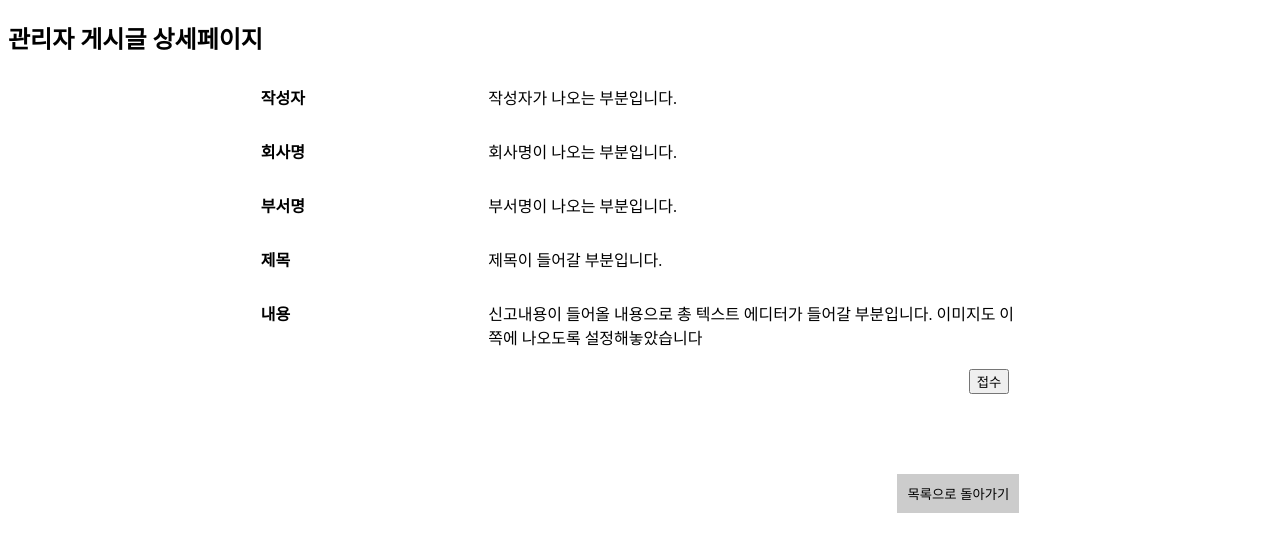
Repository: thdtjdgml415/exVoc
Page: /AdminView/1
These files come from the project's save history. The page is drawn as it stood at one moment and after the next save; the edit follows.
The browser window is 1280 px wide. The pictures show the whole page.
The project was rebuilt for these pictures with package versions that can differ from the ones it lists, and the page was loaded fresh each time. Also part of the build but not shown: src/components/table/CommonTable.css, src/components/table/CommonTable.js, src/components/table/CommonTableColumn.js, src/components/table/CommonTableRow.js, src/components/table/CommonTableWriteBtn.js, src/Page/PostList.js, src/Page/PostMain.js, src/Page/PostView.js and 4 more.

Above is the page before, as saved 2023-01-13 15:44:04.

### public/index.html
<!DOCTYPE html>
<html lang="en">
<head>
  <meta charset="UTF-8">
  <meta http-equiv="X-UA-Compatible" content="IE=edge">
  <meta name="viewport" content="width=device-width, initial-scale=1.0">
  <title>게시판</title>
</head>
<body>
  <div id="root"></div>
</body>
</html>

### src/App.js
import { BrowserRouter, Routes,  Route } from 'react-router-dom';
import PostMain from './Page/PostMain';
import PostView from './Page/PostView';
import Registration from './Page/Registration';
import AdminList from './Page/AdminList';
import AdminView from './Page/AdminView';

function App() {
  return (
    <div className='App'>
      <BrowserRouter>
        <Routes>
          <Route path='/' element={<Registration/>}/>
          <Route path='/postView/:no' element={<PostView/>}/>
          <Route path='/PostMain' element= {<PostMain/>}/>
          <Route path='/Page/AdminList' element= {<AdminList/>}/>
          <Route path='/AdminView/:no' element= {<AdminView/>}/>
        </Routes>
      </BrowserRouter>
    </div>
  )
}

export default App;

### src/Page/AdminView.js
import React, { useEffect, useState } from 'react';
import { useNavigate, useParams } from 'react-router';
import { getPostByNo } from '../Data';
import './Post.css'
import AcceptModal from '../components/modal/AcceptModal'


const AdminView = ({ }) => {
  const [ data, setData ] = useState({});
  const navigator = useNavigate();
  const { no } = useParams();

  const [adminViewModal, setAdminViewModal] = useState(false);

  const openModal = () => {
    setAdminViewModal(true);
  };
  const closeModal = () => {
    setAdminViewModal(false);
  };

    useEffect(() => {
      setData(getPostByNo(no));
    }, [ ]);

  return (
    <>
      <h2 align="left">관리자 게시글 상세페이지</h2>
      <div className="post-view-wrapper">
          <>
            <div className="post-view-row">
              <label>작성자</label>
              <label>작성자가 나오는 부분입니다.</label>
            </div>
            <div className="post-view-row">
              <label>회사명</label>
              <label>회사명이 나오는 부분입니다.</label>
            </div>
            <div className="post-view-row">
              <label>부서명</label>
              <label>부서명이 나오는 부분입니다.</label>
            </div>
            <div className="post-view-row">
              <label>제목</label>
              <label>제목이 들어갈 부분입니다.</label>
            </div>
            <div className="post-view-row">
              <label>내용</label>
              <label>신고내용이 들어올 내용으로 총 텍스트 에디터가 들어갈 부분입니다. 이미지도 이쪽에 나오도록 설정해놓았습니다</label>
            </div>
          </>
          <React.Fragment>
              <div className="btn">
                <button className="registBtn" onClick={openModal}>
                  접수
                </button>
                <AcceptModal open={adminViewModal} close={closeModal}>
                  접수하시겠습니까?
                </AcceptModal>
              </div>
          </React.Fragment>
        <div className='post-view-btn-wrap'>
          <button className="post-view-go-list-btn" onClick={() => navigator(-1)}>목록으로 돌아가기</button>
        </div>
      </div>
    </>
  )
}

export default AdminView;

### src/Data.js
const postList = [
    {
        "no": 1,
        "title": "첫번째 게시글입니다.",
        "content": "첫번째 게시글 내용입니다.",
        "createDate": "2023-01-12"
      },
      {
        "no": 2,
        "title": "두번째 게시글입니다.",
        "content": "두번째 게시글 내용입니다.",
        "createDate": "2023-01-12"
      },
      {
        "no": 3,
        "title": "세번째 게시글입니다.",
        "content": "세번째 게시글 내용입니다.",
        "createDate": "2023-01-12"
      },
      {
        "no": 4,
        "title": "네번째 게시글입니다.",
        "content": "네번째 게시글 내용입니다.",
        "createDate": "2023-01-12"
      },
      {
        "no": 5,
        "title": "다섯번째 게시글입니다.",
        "content": "다섯번째 게시글 내용입니다.",
        "createDate": "2023-01-12"
      },
]

const getPostByNo = no => {

    const array = postList.filter(x=>x.no===no);
    if(array.length == 1) {
        return array[1];
    }
    return null;
}

export {
    postList,
    getPostByNo
};

### src/Page/Post.css
.PostList-Wrap {
  padding-top: 10vw;

}

.post-view-wrapper {
    width: 60%;
    margin: 0 auto;
  }
  .post-view-btn-wrap {
    display: flex;
    justify-content: flex-end;
  }
  .post-view-go-list-btn {
    border: 0;
    padding: 10px;
    background-color: #ccc;
  }

  .post-view-row {
    margin: 10px 0;
    display: flex;
  }

  .post-view-row > label:first-child {
    margin: 10px 0;
    width: 30%;
    font-weight: bold;
  }

  .post-view-row > *:nth-child(2) {
    margin: 10px 0;
    width: 70%;
  }

### src/components/modal/common.css
#container {
  display: flex;
  flex: 1;
  justify-content: center;
}

html {
  background-color: white;
}

h3 {
  padding: 0;
  -webkit-text-size-adjust: none;
}

h1 {
  margin-left: 50px;
  margin-top: 30px;
}

### src/Page/registration.css
.titleCon {
  margin-right: 25px;
}

.titleCon2 {
  margin-right: 10px;
}

.titleCon3 {
  margin-right: 42px;
}

.ck.ck-editor__editable:not(.ck-editor__nested-editable) {
  min-height: 400px;
  margin-bottom: 20px;
}

.btn {
  display: flex;
  justify-content: flex-end;
  margin-bottom: 80px;
}

.registBtn {
  margin-right: 10px;
}

.checkBtn {
  margin-left: 50px;
  margin-top: 30px;
}

.modalInput {
  margin-left: 20px;
}

.modalInput2 {
    margin-left: 6px;
  }

  .Post-write-wrap {
    display: flex;


  }
  .container__wrap {
    border: 1px solid #000;
    margin-left: 30%;
    padding: 10px 20px;
  }

### src/components/modal/AcceptModal.js
import React from "react";
import "../modal/modal.css";

const AcceptModal = (props) => {
  const { open, close } = props;

  return (
    <div className={open ? "openModal modal" : "modal"}>
      {open ? (
        <section>
          <main>{props.children}</main>
          <footer>
            <button className="ok">
             <a href="../../Page/AdminList" style={{color: 'white', textDecoration: 'none'}}>확인</a>
            </button>
            <button className="close" onClick={close}>
              취소
            </button>
          </footer>
        </section>
      ) : null}
    </div>
  );
};

export default AcceptModal;

### src/components/modal/modal.css
.modal {
  display: none;
  position: fixed;
  top: 0;
  right: 0;
  bottom: 0;
  left: 0;
  z-index: 99;
  background-color: rgba(0, 0, 0, 0.6);
}
.modal button {
  outline: none;
  cursor: pointer;
  border: 0;
}
.modal > section {
  width: 90%;
  max-width: 450px;
  margin: 0 auto;
  border-radius: 0.3rem;
  background-color: #fff;
  animation: modal-show 0.3s;
  overflow: hidden;
}

.modal > section > main {
  padding: 22px;
}
.modal > section > footer {
  padding: 18px 17px;
  text-align: right;
}
.modal > section > footer .close {
  padding: 6px 12px;
  color: #fff;
  background-color: #6c757d;
  border-radius: 5px;
  font-size: 13px;
}

.modal > section > footer .ok {
    padding: 6px 12px;
    color: #fff;
    background-color: #6c757d;
    border-radius: 5px;
    font-size: 13px;
    margin-right: 5px;
  }
.modal.openModal {
  display: flex;
  align-items: center;
  animation: modal-bg-show 0.3s;
}

Loaded but not shown: src/index.js (common file)

After the next save:
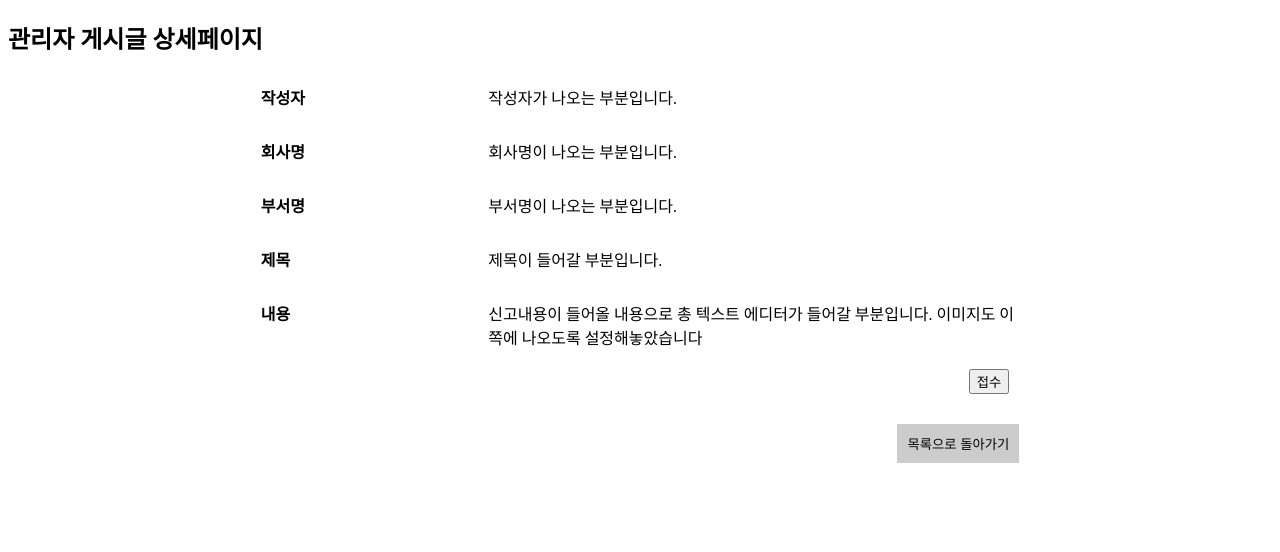
Saved 25 s later.
--- a/src/Page/registration.css
+++ b/src/Page/registration.css
@@ -18,7 +18,7 @@
 .btn {
   display: flex;
   justify-content: flex-end;
-  margin-bottom: 80px;
+  margin-bottom: 30px;
 }
 
 .registBtn {
